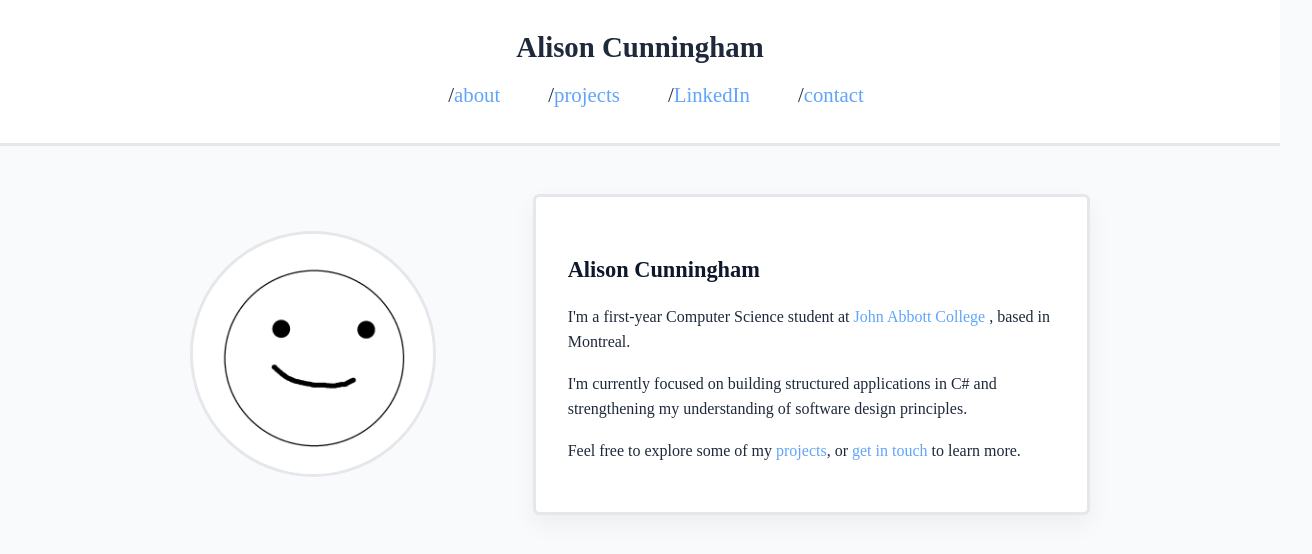
Repository: alison-cunningham/alison-cunningham
Page: index.html
The author's editor kept a copy of each file at every save. The page is drawn from the files as they stood at one save, then again after the next save.
The browser window is 1280 px wide. The page is 1312 px wide, then 1280 px, so the pictures cover 1312 px, including what lies to the right of the window. The pictures show the whole page.
Some web fonts or font styles are not loaded; a fallback is used.

Above is the page before, as saved 2026-04-22 14:58:29.

After the next save:
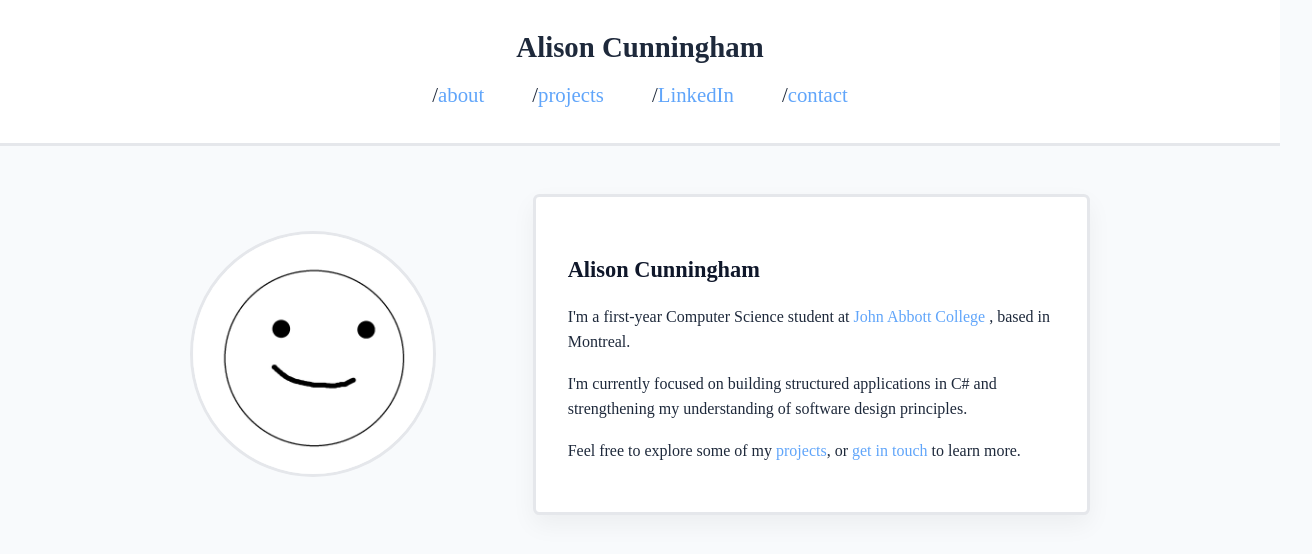
Saved 4 min 2 s later.
--- a/styles/index.css
+++ b/styles/index.css
@@ -22,15 +22,16 @@ header h1{
     display: flex;
     gap: 3rem;
 
-    width: 100%;
-    max-width: 100%;
+    width: 90%;
+    max-width: 900%;
 
     overflow-x: auto;
     white-space:nowrap;
     justify-content: flex-start;
 
-    padding: 0.5rem 1rem;
-    margin-left: 2rem;
+    padding: 0.5rem 3rem;
+    margin-left: 2.5rem;
+    margin-right: 2.5rem;
 
     font-size: 1.3rem;
 }
